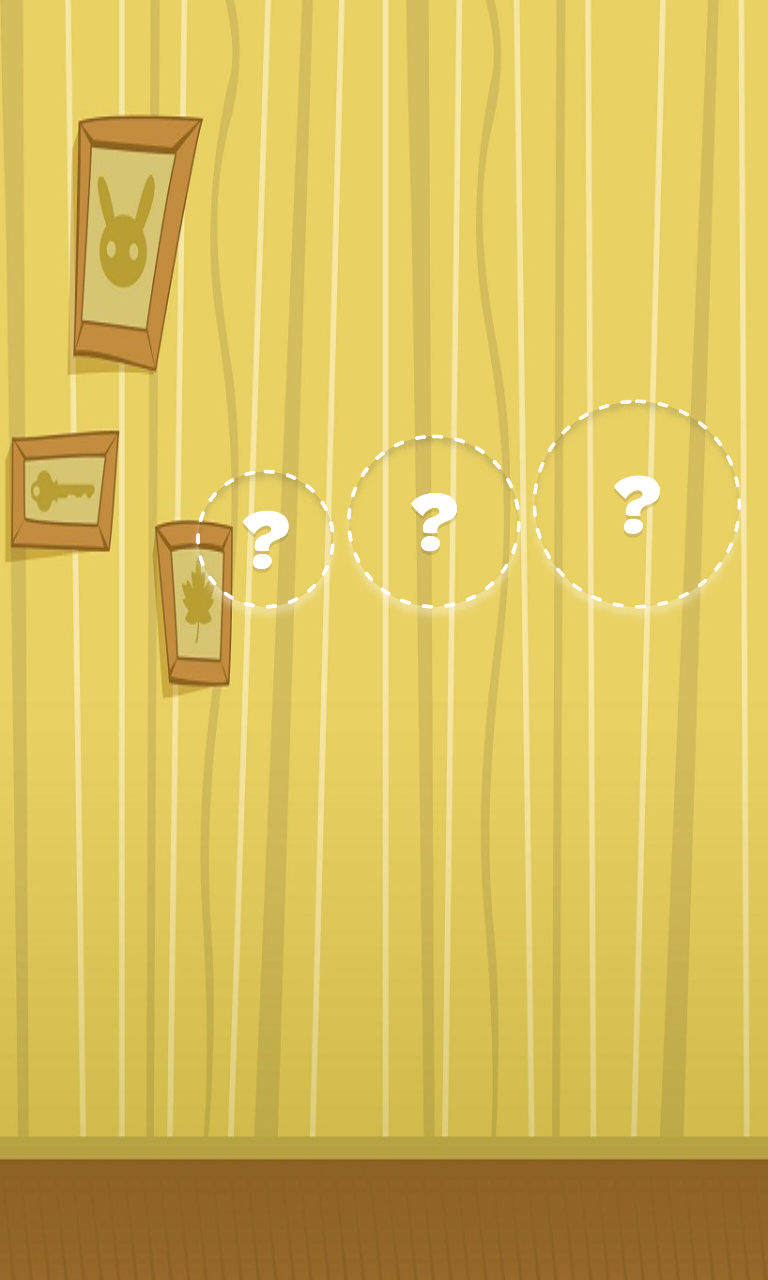
Repository: DimaPetrov/android
Layout: newapp/res/layout/puzzleback.xml
These files come from the project's save history. The layout is drawn as it stood at one moment and after the next save; the edit follows.
It is drawn on a 768 x 1280 px phone screen (xhdpi) without system bars, with theme AppTheme; the app's code is not run.

Above is the layout before, as saved 2012-10-24 15:34:37.

### newapp/res/layout/puzzleback.xml
<RelativeLayout xmlns:android="http://schemas.android.com/apk/res/android"
    xmlns:tools="http://schemas.android.com/tools"
    android:id="@+id/Rlay2"
    android:layout_width="match_parent"
    android:layout_height="match_parent" >

    <RelativeLayout
        android:layout_width="match_parent"
        android:layout_height="match_parent"
        android:layout_centerHorizontal="true"
        android:layout_centerVertical="true"
        android:background="@drawable/bg_games3" >

    </RelativeLayout>

    <ImageView
        android:contentDescription="@string/nul"
        android:id="@+id/imageView1"
        android:layout_width="300dp"
        android:layout_height="wrap_content"
        android:layout_alignParentRight="true"
        android:layout_alignParentTop="true"
        android:src="@drawable/p_games_sortslots" />

</RelativeLayout>

### newapp/res/values/strings.xml
<resources>

    <string name="app_name">newapp</string>
    <string name="hello_world">Hello world!</string>
    <string name="menu_settings">Settings</string>
    <string name="title_activity_main">MainActivity</string>
    <string name="puzzle">START</string>
    <string name="nul">0</string>
    <string name="chr">Chronometer</string>
    <string name="g1">Game1</string>
    <string name="g2">Game2</string>
    <string name="g3">Game3</string>
    <string name="g4">Game4</string>

</resources>

Loaded but not shown: newapp/res/values-v11/styles.xml (common file); newapp/res/values-v14/styles.xml (common file); newapp/res/values/styles.xml (common file)

After the next save:
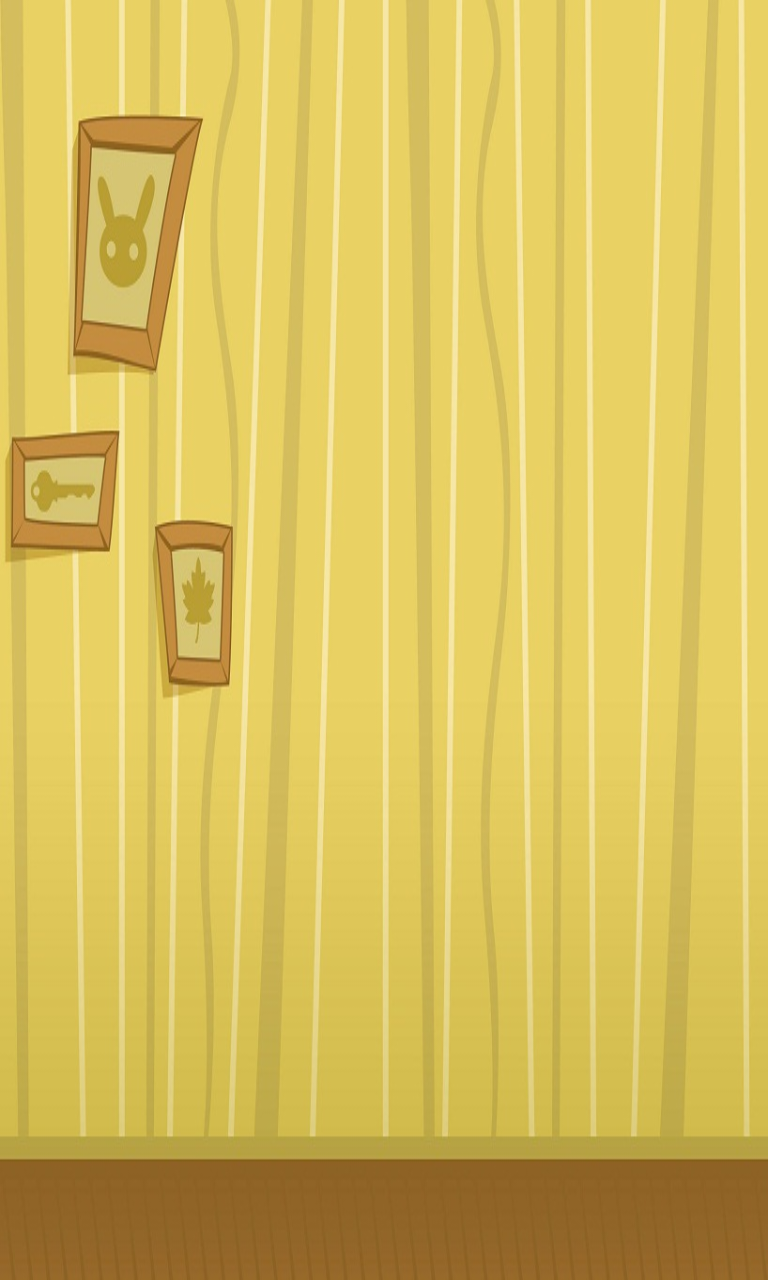
Saved 10 s later.
--- a/newapp/res/layout/puzzleback.xml
+++ b/newapp/res/layout/puzzleback.xml
@@ -20,6 +20,6 @@
         android:layout_height="wrap_content"
         android:layout_alignParentRight="true"
         android:layout_alignParentTop="true"
-        android:src="@drawable/p_games_sortslots" />
+         />
 
 </RelativeLayout>

After the save that followed:
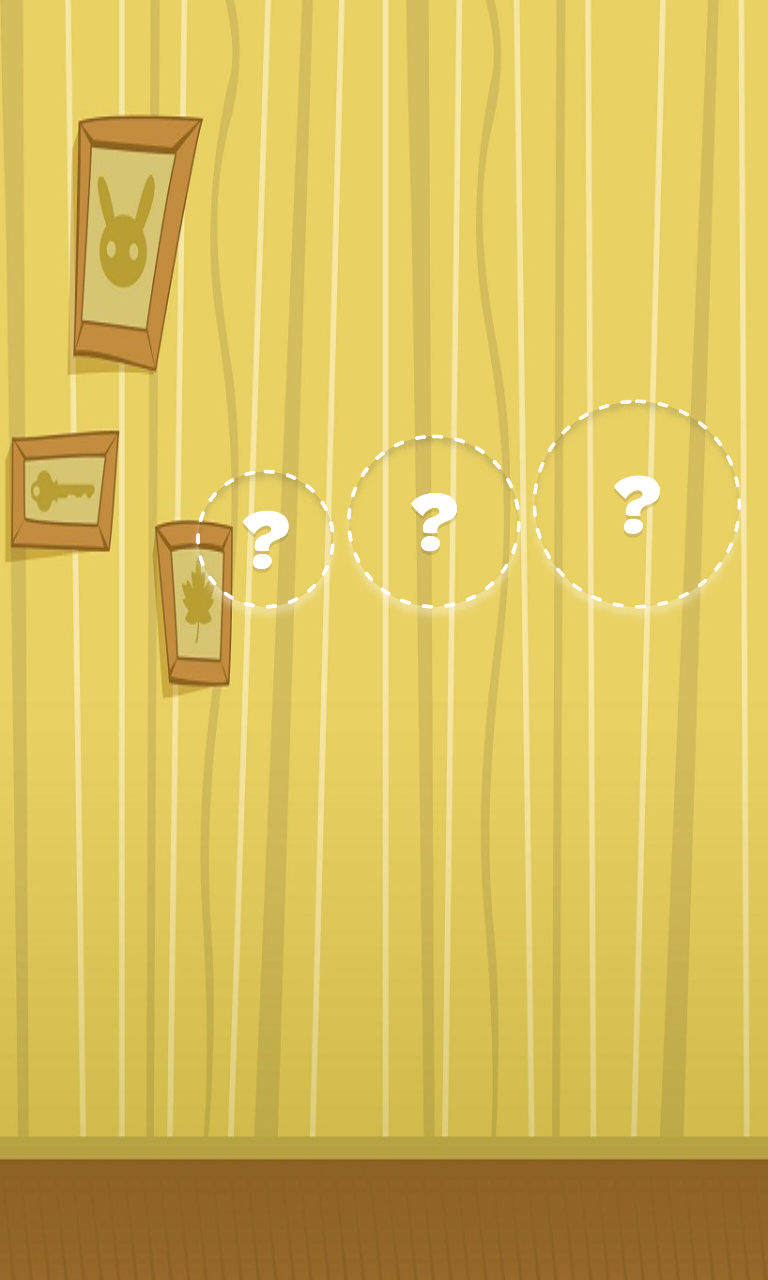
Saved 7 min 9 s later.
--- a/newapp/res/layout/puzzleback.xml
+++ b/newapp/res/layout/puzzleback.xml
@@ -20,6 +20,6 @@
         android:layout_height="wrap_content"
         android:layout_alignParentRight="true"
         android:layout_alignParentTop="true"
-         />
+        android:src="@drawable/p_games_sortslots" />
 
 </RelativeLayout>
